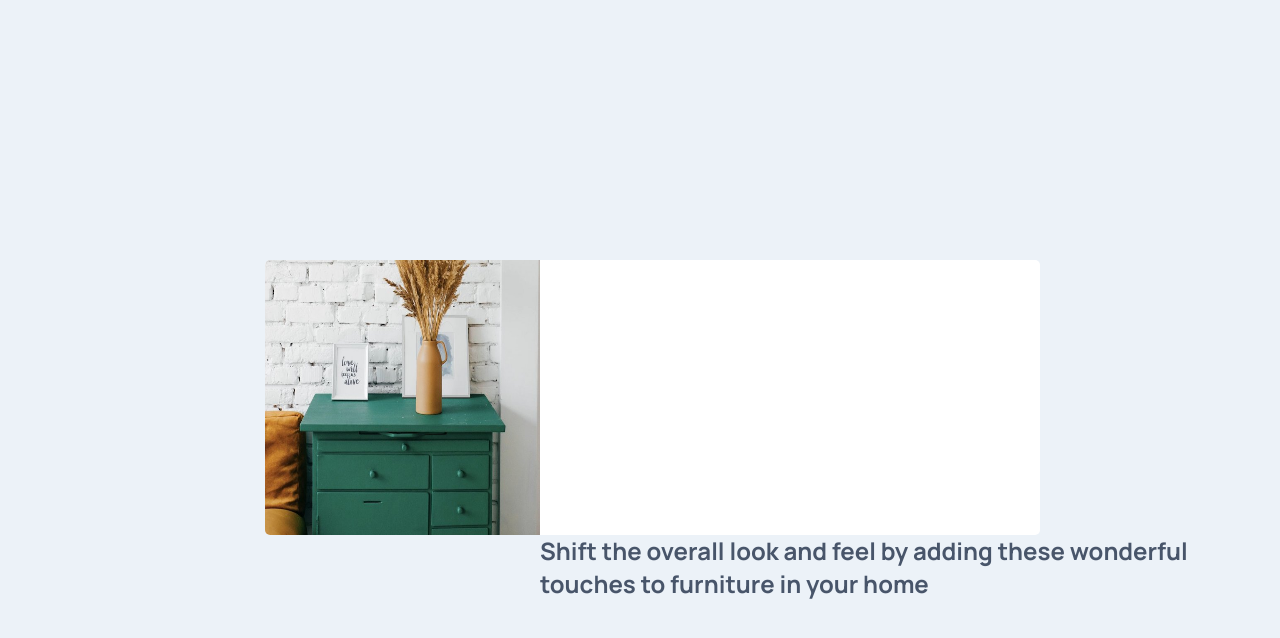
Repository: ricky603/training-css
Page: article-preview-component-master/index.html
An editor plug-in stored every save of this project. The page is shown before and after the next save, followed by the edit.
The browser window is 1280 px wide. The pictures show the whole page.

Above is the page before, as saved 2020-09-09 08:26:56.

After the next save:
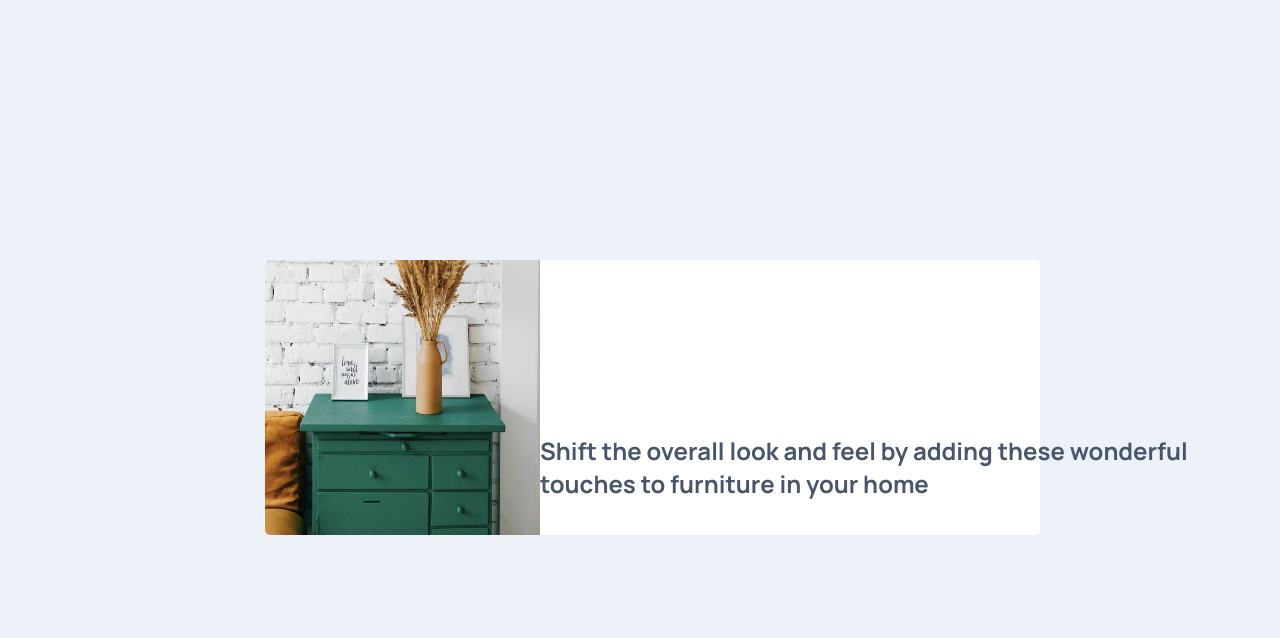
Saved 4 s later.
--- a/article-preview-component-master/styles.css
+++ b/article-preview-component-master/styles.css
@@ -16,7 +16,7 @@ h2 {
     position: fixed;
     display: inline-block;
     width: 57%;
-    bottom: 100px;
+    bottom: 200px;
 }
 
 .head {
